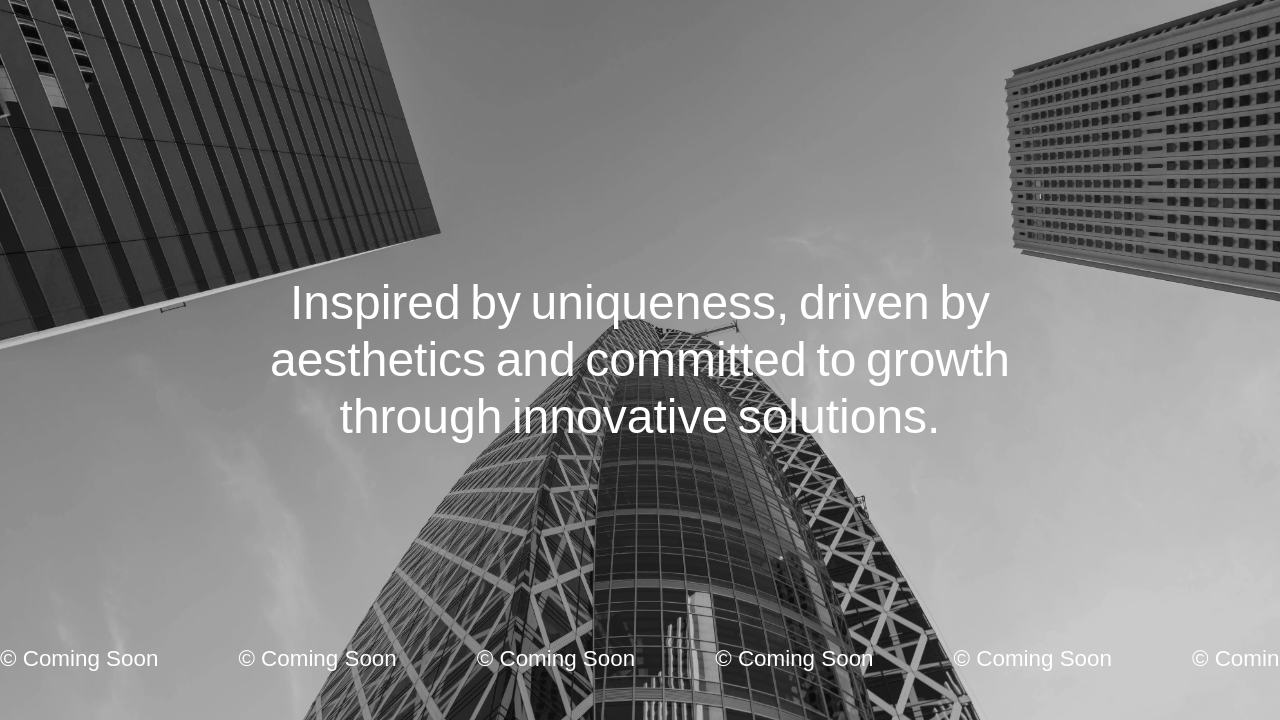
Repository: leswisss/comingsoon
Page: /
These files come from the project's save history. The page is drawn as it stood at one moment and after the next save; the edit follows.
The browser window is 1280 px wide. The pictures show the whole page.
Some web fonts or font styles are not loaded; a fallback is used. The project was rebuilt for these pictures with package versions that can differ from the ones it lists, and the page was loaded fresh each time. The framework's server and built-in components were replaced by stand-ins that run in the browser. Also part of the build but not shown: next.config.mjs.

Above is the page before, as saved 2024-06-16 15:25:30.

### app/layout.tsx
import type { Metadata } from "next";
import localFont from "next/font/local";
import "../styles/globals.scss";

const regular = localFont({
  src: "./SF-Pro-Display-Regular.ttf",
  display: "swap",
  variable: "--regular-font",
});

const medium = localFont({
  src: "./SF-Pro-Display-Medium.ttf",
  display: "swap",
  variable: "--medium-font",
});

const semibold = localFont({
  src: "./SF-Pro-Display-Semibold.ttf",
  display: "swap",
  variable: "--semibold-font",
});

const italic = localFont({
  src: "./BigCaslonFB-Italic.ttf",
  display: "swap",
  variable: "--italic-font",
});

export const metadata: Metadata = {
  title: "Better Marque - Branding Agency",
  description: "Generated by create next app",
};

export default function RootLayout({
  children,
}: Readonly<{
  children: React.ReactNode;
}>) {
  return (
    <html lang="en">
      <body
        className={`${italic.variable} ${regular.variable} ${medium.variable} ${semibold.variable}`}
      >
        {children}
      </body>
    </html>
  );
}

### app/page.tsx
import { HomePageWrapper } from "@/components";

export default function Home() {
  return (
    <main>
      <HomePageWrapper/>
    </main>
  );
}

### styles/globals.scss
/*=============== VARIABLES SCSS ===============*/
:root {
  --header-height: 6rem;
  --white: white;
  --black: black;
  --grey: #535353;


  /*========== Font and typography ==========*/
  /*.5rem = 8px | 1rem = 16px ...*/
  // --body-font: 'Montserrat', sans-serif;

  --h1-font-size: 3rem;
  --h2-font-size: 2rem;
  --normal-font-size: 1rem;
  --small-font-size: .94rem;
}

/* Responsive typography */
@media screen and (max-width: 1088px) {
  :root {
    --h1-font-size: 2.75rem;
    --h2-font-size: 1.8rem;
    --normal-font-size: 0.96rem;
    --small-font-size: .90rem;
  }
}

@media screen and (max-width: 628px) {
  :root {
    --h1-font-size: 2.5rem;
    --h2-font-size: 1.5rem;
    --normal-font-size: 0.92rem;
    --small-font-size: 0.85rem;
  }
}

/*=============== BASE ===============*/
* {
  box-sizing: border-box;
  padding: 0;
  margin: 0;
  scrollbar-width: none;

  &::-webkit-scrollbar{
    display: none;
  }

}

html {
  scroll-behavior: auto;
  height: auto;
}

body{
  font-family: var(--regular-font);
  font-size: var(--normal-font-size);
  background-color: black;
  color: var(--white);
}


ul {
  list-style: none;
}

a {
  text-decoration: none;
}

img {
  max-width: 100%;
  height: auto;
}


/*=============== REUSABLE CSS CLASSES ===============*/
.container {
  max-width: 1450px;
  margin: 0 auto;
}

.main {
  overflow: hidden;
}


@media screen and (max-width: 1450px) {
  .container {
    max-width: 100%;
    margin: 0 3rem;
  }
}


@media screen and (max-width: 1088px) {
  .container {
    max-width: 100%;
    margin: 0 2rem;
  }
}


@media screen and (max-width: 628px) {
  .container {
    max-width: 100%;
    margin: 0 1rem;
  }
}

### components/index.tsx
import HomePageWrapper from "./HomePageWrapper";
import HeroSection from "./HeroSection";

export {
  HomePageWrapper,
  HeroSection
}

### components/HomePageWrapper.tsx
import React from 'react'
import HeroSection from './HeroSection'

const HomePageWrapper = () => {
  return (
    <>
    <HeroSection />
    </>
  )
}

export default HomePageWrapper

### components/HeroSection.tsx
"use client";

import React, { useEffect, useRef } from "react";
import Marquee from "./Marquee";
import Image from "next/image";
import IMAGE from "../public/background.jpg";
import styles from "../styles/hero.module.scss";

const HeroSection = () => {
  const slogan =
    "Inspired by uniqueness, driven by aesthetics and committed to growth through innovative solutions.";
  const refs = useRef<HTMLSpanElement[]>([]);

  const splitwords = () => {
    let body: JSX.Element[] = [];
    slogan.split(" ").forEach((word, i) => {
      const cleanWord = word.replace(/[.,]/g, "");

      if (["uniqueness", "aesthetics", "growth"].includes(cleanWord)) {
        body.push(
          <p
            key={`word-${i}`}
            className={`${styles.word_wrapper} ${styles.italic}`}
          >
            <span
              className={styles.word}
              ref={(el) => {
                if (el) refs.current.push(el);
              }}
            >
              {word}
            </span>
          </p>
        );
      } else {
        body.push(
          <p key={`word-${i}`} className={styles.word_wrapper}>
            <span
              className={styles.word}
              ref={(el) => {
                if (el) refs.current.push(el);
              }}
            >
              {word}
            </span>
          </p>
        );
      }
    });

    return body;
  };


  return (
    <section className={styles.hero}>
      <div className={styles.hero_image}>
        <Image src={IMAGE} fill quality={100} alt="Better Marque" />
      </div>
      <div className={styles.text}>{splitwords()}</div>
      <div className={styles.marquee}>
        <Marquee />
      </div>
    </section>
  );
};

export default HeroSection;

### components/Marquee.tsx
import React from 'react'
import styles from "../styles/marquee.module.scss"

const Marquee = () => {
  return (
    <div className={styles.slider}>
      <div className={styles.coming__wrapper}>
        <p className={styles.soon}>© Coming Soon</p>
        <p className={styles.soon}>© Coming Soon</p>
        <p className={styles.soon}>© Coming Soon</p>
        <p className={styles.soon}>© Coming Soon</p>
        <p className={styles.soon}>© Coming Soon</p>
        <p className={styles.soon}>© Coming Soon</p>
        <p className={styles.soon}>© Coming Soon</p>
        <p className={styles.soon}>© Coming Soon</p>
        <p className={styles.soon}>© Coming Soon</p>
        <p className={styles.soon}>© Coming Soon</p>
      </div>
      <div className={styles.coming__wrapper}>
        <p className={styles.soon}>© Coming Soon</p>
        <p className={styles.soon}>© Coming Soon</p>
        <p className={styles.soon}>© Coming Soon</p>
        <p className={styles.soon}>© Coming Soon</p>
        <p className={styles.soon}>© Coming Soon</p>
        <p className={styles.soon}>© Coming Soon</p>
        <p className={styles.soon}>© Coming Soon</p>
        <p className={styles.soon}>© Coming Soon</p>
        <p className={styles.soon}>© Coming Soon</p>
        <p className={styles.soon}>© Coming Soon</p>
      </div>
    </div>
  )
}

export default Marquee

### styles/hero.module.scss
.hero{
  width: 100vw;
  height: 100vh;
  overflow: hidden;
  position: relative;
}

.hero_image{
  width: 100vw;
  height: 100vh;
  position: relative;

  img{
    object-fit: cover;
    filter: brightness(0.8);
  }
}

.text{
  position: absolute;
  color: white;
  z-index: 1;
  width: max-content;
  height: max-content;
  top: 50%;
  left: 50%;
  transform: translate(-50%, -50%);
  display: flex;
  flex-wrap: wrap;
  width: 55rem;
  text-align: center;
  justify-content: center;
  align-items: center;

  .word_wrapper{
    font-size: var(--h1-font-size);
    overflow: hidden;
    width: auto;
    height: 56.8px;
    padding: 0 0.3rem;

    &.italic{
      font-family: var(--italic-font);
    }

    .word{
      position: relative;
      top: 0%; // What i will be animating with gsap
    }
  }
}

.marquee{
  position: absolute;
  width: 100%;
  height: max-content;
  bottom: 3rem;
  left: 0;
  z-index: 1;
}

### styles/marquee.module.scss
.slider{
  position: relative;
  white-space: nowrap;
  display: flex;
}

.coming__wrapper{
  display: flex;
  white-space: nowrap;
  flex-wrap: nowrap;

  .soon{
    margin-right: 5rem;
    font-size: calc(var(--h2-font-size) - 0.6rem);
  }
}

After the next save:
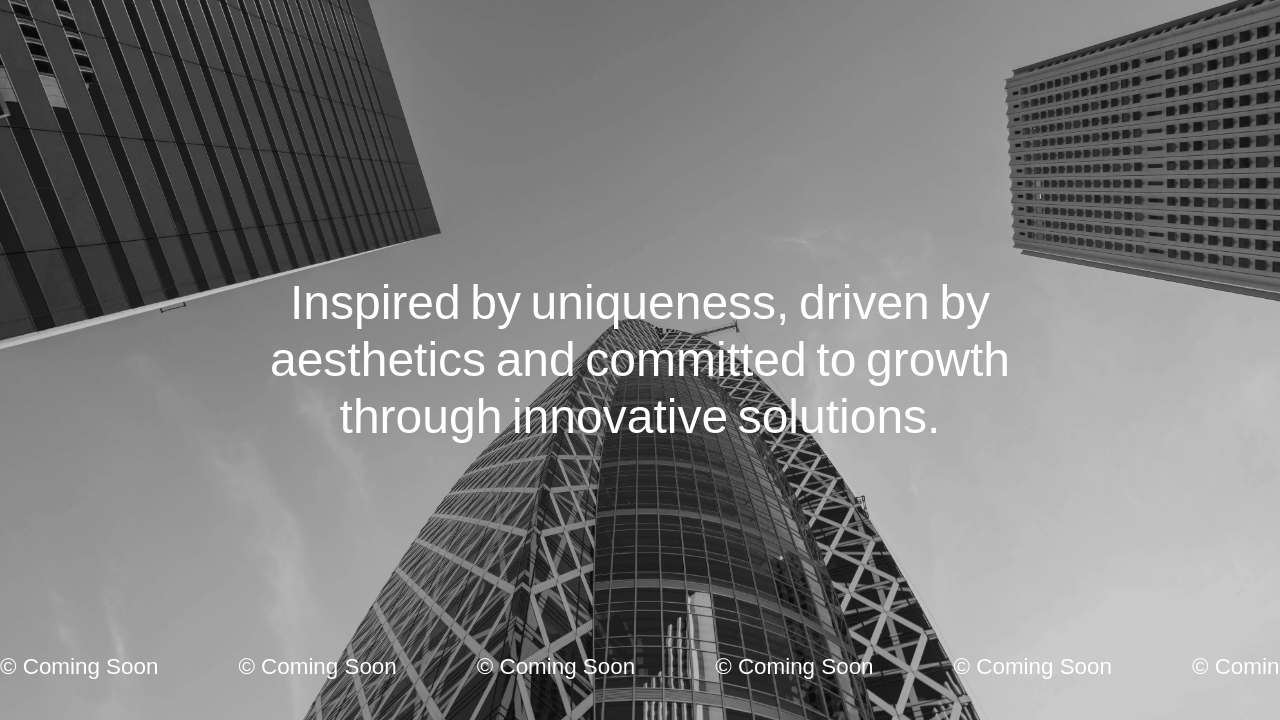
Saved 22 s later.
--- a/styles/hero.module.scss
+++ b/styles/hero.module.scss
@@ -54,7 +54,7 @@
   position: absolute;
   width: 100%;
   height: max-content;
-  bottom: 3rem;
+  bottom: 2.5rem;
   left: 0;
   z-index: 1;
 }
